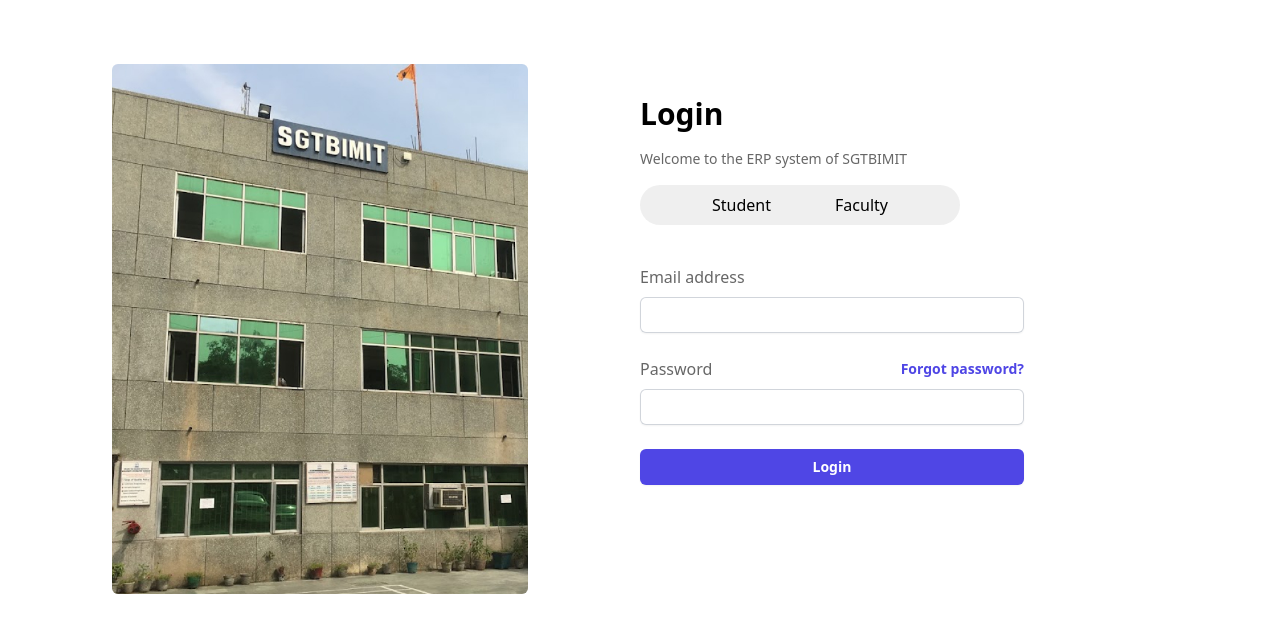
Repository: SehajBindra/SGTBIMIT-ERP-Client
Page: /StudentLogin
The author's editor kept a copy of each file at every save. The page is drawn from the files as they stood at one save, then again after the next save.
The browser window is 1280 px wide. The pictures show the whole page.
The project was rebuilt for these pictures with package versions that can differ from the ones it lists, and the page was loaded fresh each time. Also part of the build but not shown: src/LOGIN/Login.js, src/LOGIN/FACULTY/FacultyLogin.js, src/STUDENT_PAGE/StuBody.js, src/STUDENT_PAGE/StuSidebar.js, src/STUDENT_PAGE/StuHeader.js, src/STUDENT_PAGE/StudentHome.js, src/FACULTY_PAGE/FacBody.js, src/FACULTY_PAGE/FacHeader.js and 2 more.

Above is the page before, as saved 2023-05-14 16:03:56.

After the next save:
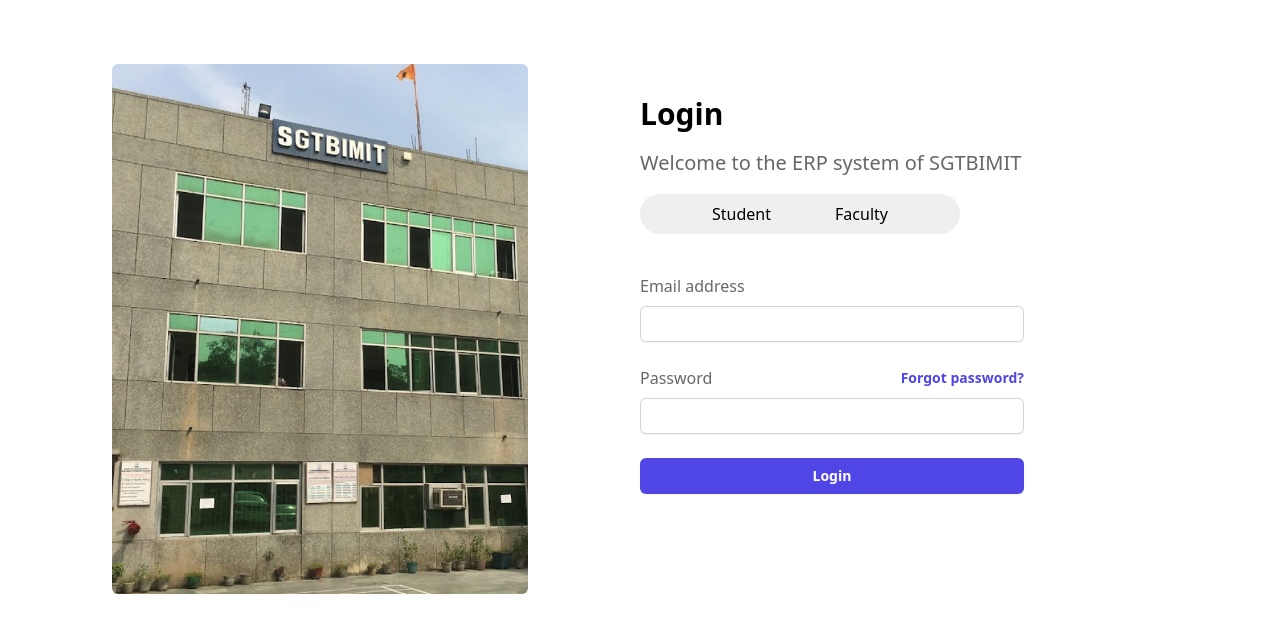
Saved 11 s later.
--- a/src/LOGIN/STUDENT/StudentLogin.js
+++ b/src/LOGIN/STUDENT/StudentLogin.js
@@ -27,7 +27,7 @@
 
       <div className="bg-white text-left  col-span-2 my-8">
         <h2 className="text-3xl  font-semibold">Login</h2>
-        <p className="text-black/60 text-[14px] my-4">
+        <p className="text-black/60 text-[20px] my-4">
           Welcome to the ERP system of SGTBIMIT
         </p>
 
